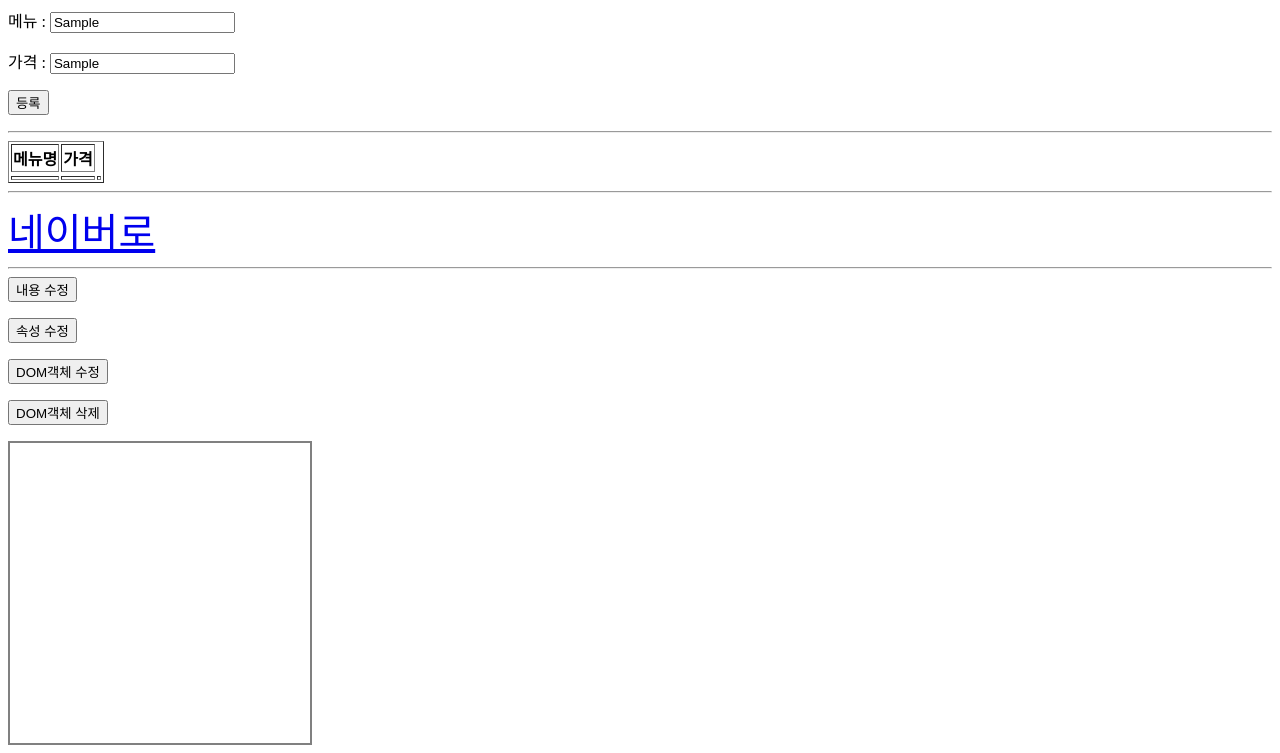
Repository: womss/sexyguy
Page: Spring/Feb14_1_jQuery/WebContent/1_DOM.html
An editor plug-in stored every save of this project. The page is shown before and after the next save, followed by the edit.
The browser window is 1280 px wide. The pictures show the whole page.
Empty fields were first filled with sample values (such as "Sample", 5 or name@example.com).
After loading, the first visible `#m_btn` was clicked once.

Above is the page before, as saved 2025-02-14 02:03:13.

### Spring/Feb14_1_jQuery/WebContent/1_DOM.html
<!DOCTYPE html>
<html>
<head>
<meta charset="UTF-8">
<title>Insert title here</title>
<style type="text/css">
.t2 {
	font-size: 30pt;
}

#t {
	background-color: pink;
	color: lightblue;
}

div {
	border: grey solid 2px;
	width: 300px;
	height: 300px;
}
</style>
<script type="text/javascript" src="jQuery.js"></script>
<script type="text/javascript">
	$(function() {
		//alert('sdf');
		$("#b1").click(function() {
			//alert('sdf');
			// a태그로 이루어진 DOM객체 속 text 바꾸기
			$("a").text("유튜브로");
			// text()의 소괄호 안에 값을 넣지 않으면
			// 기존의 값을 가져오게 됨
			//let t = $("a").text();
			//alert(t);

			// .text()와 비교할 .html()
			// $("a").html("유튜브로");

			// .html() 사용하면 새로운 html요소로 변경할 수 있음!
			// $("a").text("<b>유튜브로<b>"); // <b>를 텍스트로 인식!
			//$("a").html("<b>유튜브로<b>");
		});

		$("#b2").click(function() { // 속성 수정을 누를때
			// alert('asdf');

			$("a").attr("href", "https://www.youtube.com");

			// 이 a태그에 css를 주고 싶은데 a태그가 많다면
			//	id도 부여할 수 있음
			// 기존에 없는 속성도 부여 가능한 .attr
			$("a").attr("id", "t");

			// 속성 지우기
			$("a").removeAttr("class");
		});
		$("#b3").click(function() {
			// alert('asdf');

			// $("css선택자") : 있는 것을 선택
			// $("DOM객체") : DOM객체 생성
			// marquee DOM객체 추가하기

			let m = $("<marquee></marquee>").text("발렌타인데이 !");

			// behavior : 스크롤방식 설정
			//		scroll : 한쪽 방향으로만 진행 (기본값)
			//		alternate : 왕복
			m.attr("behavior", "alternate");

			// direction : 스크롤방향 설정														@@@@@@
			//		left(기본값), right, up, down
			m.attr("direction", "right");

			// 요소 추가하기
			//	기존 요소의 내부에 추가 - append, prepend
			$("div").append(m);	// 내부 아래로 계속 추가함
			//$("div").prepend(m);	// 내부 위로 적층되서 처음 쌓인게 아래로 밀려남

			//	기존 요소의 외부에 추가 - before, after
			//$("div").before(m);	// 외부 아래로 계속 추가함
			//$("div").after(m);	// 외부 위로 적층되서 처음 쌓인건 아래로 밀려남
		});

		$("#b4").click(function() {
			// alert('asdf');

			// remove() : DOM객체 + 그 하위 요소들을 전부 제거함
			// $("div").remove();	// div 자체를 삭제

			// empty() : DOM객체의 하위 요소들을 제거
			// $("div").empty();		// div 내부를 삭제
		});
		$("#m_btn").click(function() {
			// alert('asdf');
			let m = $("#m_name").text();
			let p = $("#p_price").text();
			//let tr = $("<tr>").text();
			//let ttr = $("</tr>").text();
			let im = $("<th></th>").text(m);
			let ip = $("<th></th>").text(p);

			$("tbody").append("<tr>");
			$("tbody").append("<th>");
			$("tbody").append(im);
			$("tbody").append("</th>");
			$("tbody").append(ip);
			$("tbody").append("</tr>");

		});

	});
</script>
</head>
<body>
	메뉴 : <input id="m_name"> <p>
	가격 : <input id="p_price"> <p>
	<button id="m_btn">등록</button>
	<hr>
	<table id="tbl1" border="1">
		<tr id="tr1">
			<th>메뉴명</th>
			<th>가격</th>
		</tr>
	</table>
	<hr>
	<a href="https://www.naver.com" class="t2">네이버로</a>
	<hr>
	<button id="b1">내용 수정</button>
	<p>
		<button id="b2">속성 수정</button>
	<p>
		<button id="b3">DOM객체 수정</button>
	<p>
		<button id="b4">DOM객체 삭제</button>
	<p>
	<div></div>
</body>
</html>

Loaded but not shown: Spring/Feb14_1_jQuery/WebContent/jQuery.js (library)

After the next save:
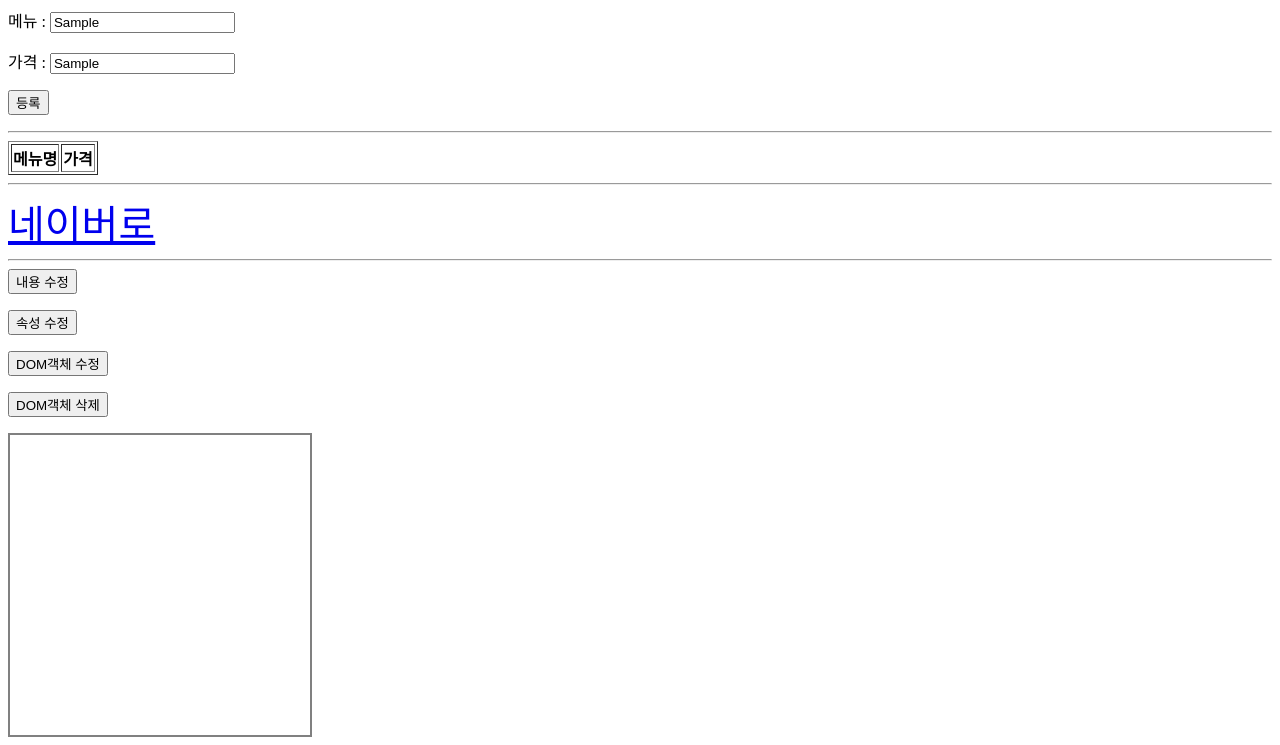
Console error: ReferenceError: m is not defined
Saved 25 s later.
--- a/Spring/Feb14_1_jQuery/WebContent/1_DOM.html
+++ b/Spring/Feb14_1_jQuery/WebContent/1_DOM.html
@@ -92,8 +92,8 @@
 		});
 		$("#m_btn").click(function() {
 			// alert('asdf');
-			let m = $("#m_name").text();
-			let p = $("#p_price").text();
+			let m_name = $("#m_name").val();
+			let p_price = $("#p_price").val();
 			//let tr = $("<tr>").text();
 			//let ttr = $("</tr>").text();
 			let im = $("<th></th>").text(m);

After the 3 saves that followed:
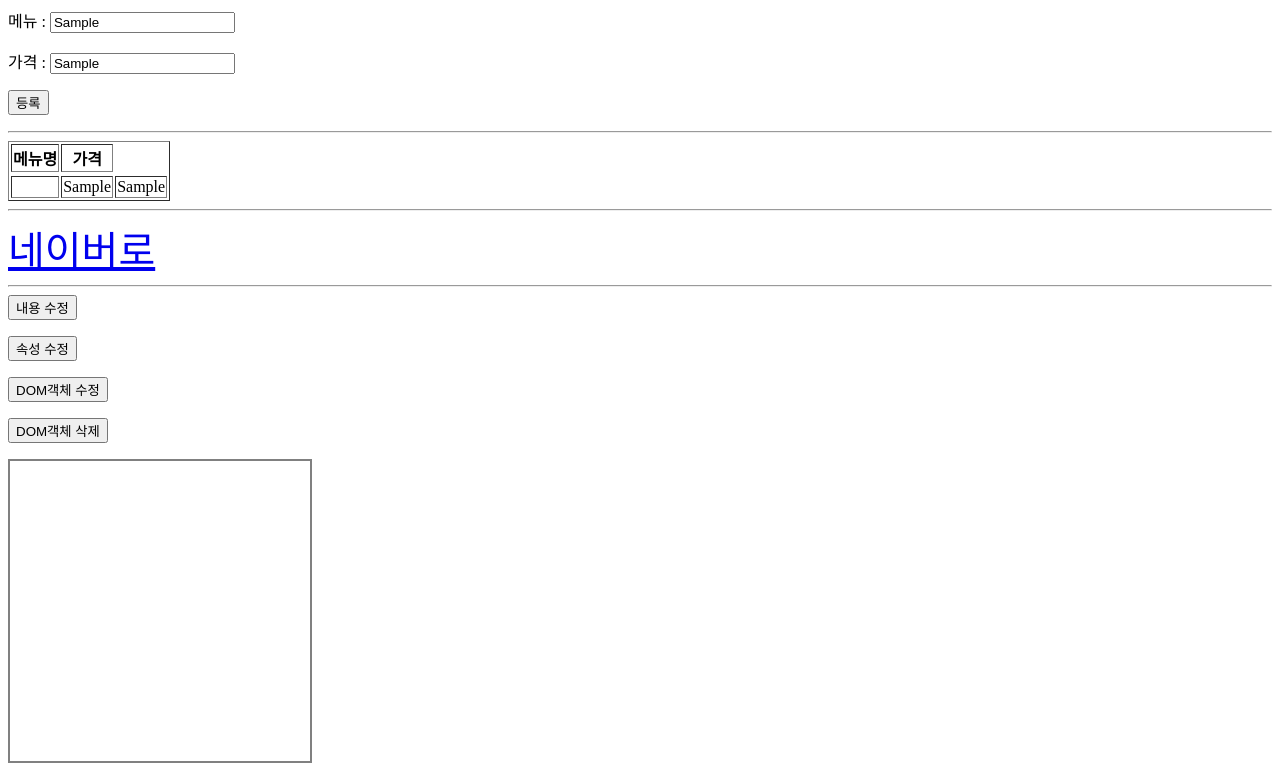
The error is gone.
The 3 saves are shown as one change because 2 left the picture as it was.
The last was saved 2 min 55 s later.
--- a/Spring/Feb14_1_jQuery/WebContent/1_DOM.html
+++ b/Spring/Feb14_1_jQuery/WebContent/1_DOM.html
@@ -93,11 +93,19 @@
 		$("#m_btn").click(function() {
 			// alert('asdf');
 			let m_name = $("#m_name").val();
-			let p_price = $("#p_price").val();
+			let m_price = $("#m_price").val();
+			// alert(m_name + ":" + p_price); 내용 잘 전달 되는지
+
+			//	<tr>
+			//		<td>초밥</td>
+			//		<td>10000</td>
+			//	</tr>
+
+
 			//let tr = $("<tr>").text();
 			//let ttr = $("</tr>").text();
-			let im = $("<th></th>").text(m);
-			let ip = $("<th></th>").text(p);
+			let im = $("<td></td>").text(m_name);
+			let ip = $("<td></td>").text(m_price);
 
 			$("tbody").append("<tr>");
 			$("tbody").append("<th>");
@@ -113,7 +121,7 @@
 </head>
 <body>
 	메뉴 : <input id="m_name"> <p>
-	가격 : <input id="p_price"> <p>
+	가격 : <input id="m_price"> <p>
 	<button id="m_btn">등록</button>
 	<hr>
 	<table id="tbl1" border="1">
